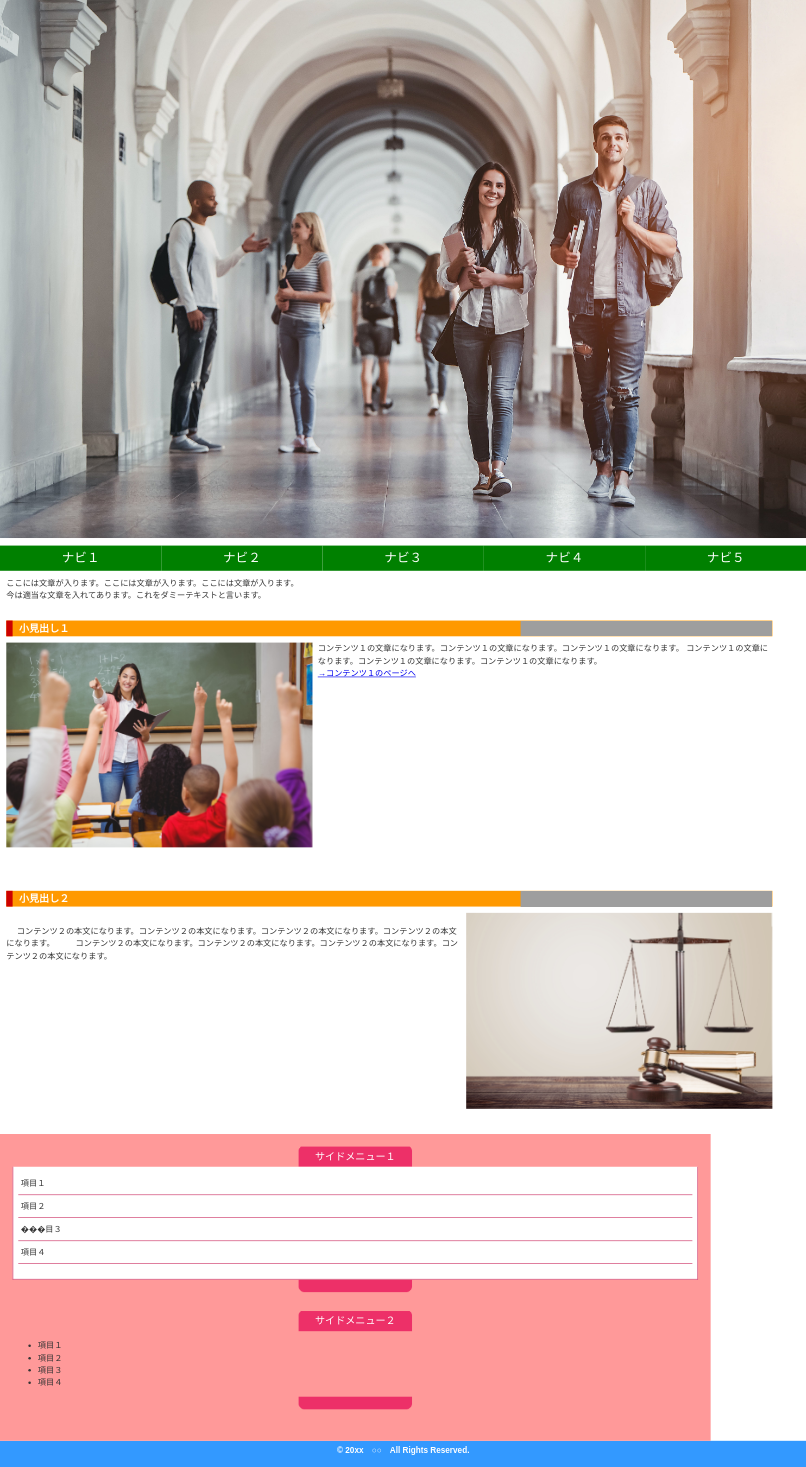
Repository: royal3773/samurai_HTML-CSS
Page: index.html
The author's editor kept a record of every edit. The page is drawn from the files as they stood at one moment, then again after the next edit.
The browser window is 1280 px wide. The pictures show the whole page, at 63% of full size.
Pictures or frames that could not be fetched are drawn as grey boxes.

Above is the page before.

### index.html
<!DOCTYPE html>
<html lang="ja">
  <head>
    <meta charset="UTF-8">
    <title>HTML/CSSの学習</title>
    <link rel="stylesheet" href="stylesheet2.css">
  </head>
  <body>
     <div id="header">
         <h1><a href="index.html"><img id="corridor" src="images/corridor.jpg" alt="大学の廊下" /></a></h1>
     </div>
     <div id="wrapper">
     <div id="nav">
         <ul>
            <li><a herf="home.html">ナビ１</a></li>
            <li><a herf="#">ナビ２</a></li>
            <li><a herf="#">ナビ３</a></li>
            <li><a herf="#">ナビ４</a></li>
            <li><a herf="#">ナビ５</a></li>
         </ul>
     </div>
     <div id"container">
     <div id="main">
         <div class="post">
            <P>ここには文章が入ります。ここには文章が入ります。ここには文章が入ります。<br />今は適当な文章を入れてあります。これをダミーテキストと言います。</P>
         </div>
         <div class="post clearfix">
            <h2>小見出し１</h2>
            <img class="left" src="images/classroom.jpg" alt="授業風景"/>
            <p>
                コンテンツ１の文章になります。コンテンツ１の文章になります。コンテンツ１の文章になります。
                コンテンツ１の文章になります。コンテンツ１の文章になります。コンテンツ１の文章になります。
            </p>
            <p><a href="#">→コンテンツ１のページへ</a></p>
        　</div>
        　<div class="post clearfix">
        　   <h2>小見出し２</h2>
        　   <img class="right" src="images/scale.jpg" alt="天秤"/>
        　   <p>
        　       コンテンツ２の本文になります。コンテンツ２の本文になります。コンテンツ２の本文になります。コンテンツ２の本文になります。
        　     　コンテンツ２の本文になります。コンテンツ２の本文になります。コンテンツ２の本文になります。コンテンツ２の本文になります。
        　   </p>
        　</div>
     </div>
     </div>
     <div id="side">
         <div class="box">
             <h2>サイドメニュー１</h2>
             <div class="boxBody">
                 <ul>
                     <li>項目１</li>
                     <li>項目２</li>
                     <li>���目３</li>
                     <li>項目４</li>
                 </ul>
             </div>
         </div>
         <div class="box">
             <h2>サイドメニュー２</h2>
             <div calss="boxBody">
                 <ul>
                     <li>項目１</li>
                     <li>項目２</li>
                     <li>項目３</li>
                     <li>項目４</li>
                 </ul>
             </div>
         </div>
     </div>
     </div>
     <div id="footer">
         <p>&copy; 20xx　○○　All Rights Reserved.</p>
     </div>
  </body>
</html>

### stylesheet2.css
@charset "utf-8";

body {
	margin: 0;
	padding: 0;
	font-family: "ヒラギノ角ゴ Pro W3", "Hiragino Kaku Gothic Pro", "メイリオ", Meiryo, Osaka, "ＭＳ Ｐゴシック", "MS PGothic", sans-serif;
	color: #333;
	font-size: 13px;
	line-height: 150%;
}

/* -------------------- wrapper -------------------- */
#wrapper {
	width: 100%;
	margin: auto;
	padding: 0px;
	border: 0px;
	background-color: #FFF;
	top: 10px;
	position: relative;
}

/* -------------------- header -------------------- */
#header {
	width: 100%;
}
#header h1 {
	margin: 0;
	padding: 0;
}

#corridor {
	width: 100%;
	height: auto;
}

/* -------------------- footer -------------------- */
#footer {
	clear: both;
	width: 100%;
	padding: 3px 0 3px 0;
	background: #39F;
	color: #FFF;
	font-weight: bold;
	text-align: center;
}

/* -------------------- nav -------------------- */
#nav {
	width: 100%;
}
#nav ul {
    display: flex;
	margin: 0;
	padding: 0;
	list-style-type: none;
}
#nav ul li {
	width: 20%;
	text-align: center;
}
#nav ul li a {
	display: block;
	height: 20px;
	margin: 0;
	padding: 10px;
	color: #FFF;
	font-size: 20px;
	text-decoration: none;
	background-color: green;
}
#nav ul li a:hover {
    filter: drop-shadow(10px 10px 10px black);
}
/* -------------------- container -------------------- */
#container {
	width: 100%;
	margin: auto ;
	padding: auto;
	padding-top: 20px;
	clear: both;
	display: grid;
	grid-template-columns: 70vw 30vw;
}
/* -------------------- main -------------------- */
#main {
	width: 95%;
	padding: 10px 30px 10px 10px;
}
#main h2 {
	margin: 0 0 10px 0;
	padding: 3px 10px 3px 10px;
	color: #FFF;
	font-size: 16px;
	border-left: solid 10px #C00;
	background: #F90 url(../images/main_h2.jpg) right top repeat-y;
}
#main p {
	margin: 0;
	padding: 0;
}
#main .post {
	margin: 0 0 30px 0;
}

#main .post img.right {
	margin: 0 0 0 8px;
}
#main .post img.left {
	margin: 0 8px 0 0;
}

.right {
	float: right;
	width: 40%;
	height: auto;
}
.left {
	float: left;
	width: 40%;
	height: auto;
}

/* -------------------- clearfix -------------------- */
.clearfix {
	zoom: 1;
}
.clearfix:after{
	content: "";
	display: block;
	clear: both;
}

/* -------------------- side -------------------- */
#side {
	width: 85%;
	padding: 20px;
	background-color: #F99;
}
#side .box {
	margin: 0 auto 30px auto;
	padding: 0 0 20px 0;
	background: url(images/side_box.png) bottom no-repeat;
}
#side .box h2 {
	margin: 0;
	padding: 8px;
	text-align: center;
	color: #fff;
	font-size: 16px;
	line-height: 16px;
	font-weight: normal;
	background: url(images/side_box_h2.png) center no-repeat;
}
#side .box .boxBody {
	padding: 8px;
	border-right: solid 1px #C36;
	border-bottom: solid 1px #C36;
	border-left: solid 1px #C36;
	background: #fff;
}
#side .box .boxBody ul {
	margin: 0 0 16px 0;
	padding: 0;
}
#side .box .boxBody ul li {
	padding: 8px 0 8px 4px;
	list-style: none;
	border-bottom: solid 1px #C36;
}
#side .box .boxBody ul li:hover {
    padding: 8px 0 8px 4px;
    list-style: none;
    border-bottom: solid 1px #C36;
    box-shadow: 0px 4px 4px rgba(0, 0, 0, 0.3);
}

After the next edit:
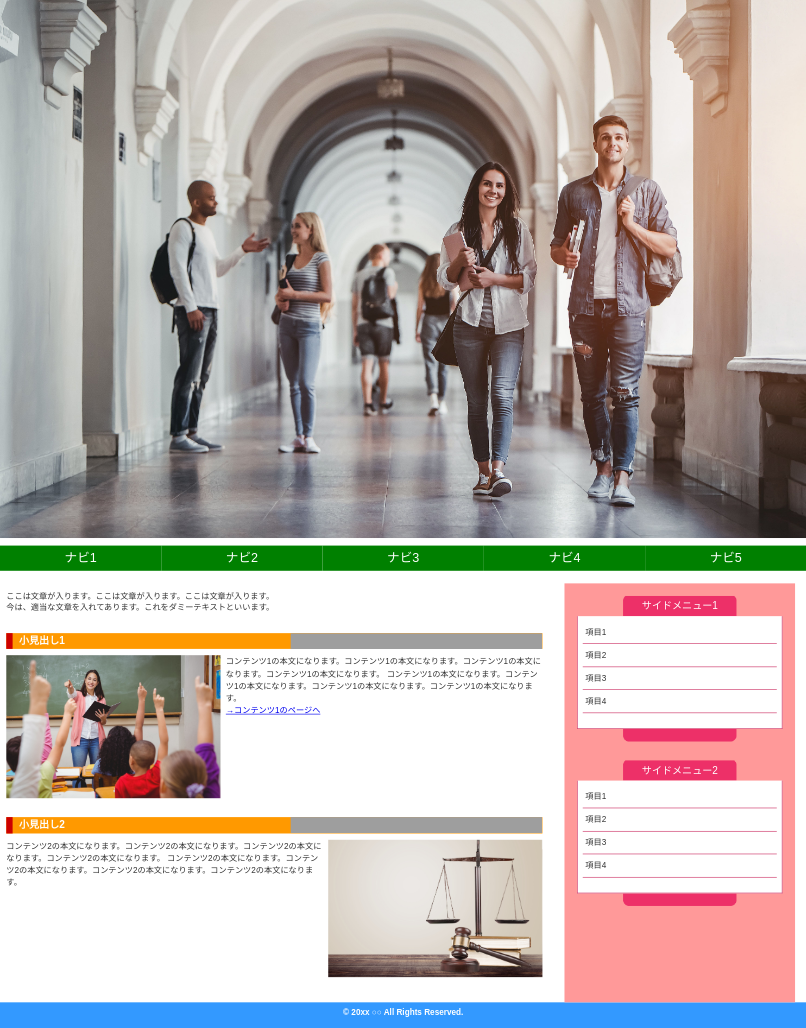
The edit:
--- a/index.html
+++ b/index.html
@@ -6,70 +6,70 @@
     <link rel="stylesheet" href="stylesheet2.css">
   </head>
   <body>
-     <div id="header">
-         <h1><a href="index.html"><img id="corridor" src="images/corridor.jpg" alt="大学の廊下" /></a></h1>
-     </div>
-     <div id="wrapper">
-     <div id="nav">
-         <ul>
-            <li><a herf="home.html">ナビ１</a></li>
-            <li><a herf="#">ナビ２</a></li>
-            <li><a herf="#">ナビ３</a></li>
-            <li><a herf="#">ナビ４</a></li>
-            <li><a herf="#">ナビ５</a></li>
-         </ul>
-     </div>
-     <div id"container">
-     <div id="main">
-         <div class="post">
-            <P>ここには文章が入ります。ここには文章が入ります。ここには文章が入ります。<br />今は適当な文章を入れてあります。これをダミーテキストと言います。</P>
-         </div>
-         <div class="post clearfix">
-            <h2>小見出し１</h2>
-            <img class="left" src="images/classroom.jpg" alt="授業風景"/>
-            <p>
-                コンテンツ１の文章になります。コンテンツ１の文章になります。コンテンツ１の文章になります。
-                コンテンツ１の文章になります。コンテンツ１の文章になります。コンテンツ１の文章になります。
-            </p>
-            <p><a href="#">→コンテンツ１のページへ</a></p>
-        　</div>
-        　<div class="post clearfix">
-        　   <h2>小見出し２</h2>
-        　   <img class="right" src="images/scale.jpg" alt="天秤"/>
-        　   <p>
-        　       コンテンツ２の本文になります。コンテンツ２の本文になります。コンテンツ２の本文になります。コンテンツ２の本文になります。
-        　     　コンテンツ２の本文になります。コンテンツ２の本文になります。コンテンツ２の本文になります。コンテンツ２の本文になります。
-        　   </p>
-        　</div>
-     </div>
-     </div>
-     <div id="side">
-         <div class="box">
-             <h2>サイドメニュー１</h2>
-             <div class="boxBody">
-                 <ul>
-                     <li>項目１</li>
-                     <li>項目２</li>
-                     <li>���目３</li>
-                     <li>項目４</li>
-                 </ul>
-             </div>
-         </div>
-         <div class="box">
-             <h2>サイドメニュー２</h2>
-             <div calss="boxBody">
-                 <ul>
-                     <li>項目１</li>
-                     <li>項目２</li>
-                     <li>項目３</li>
-                     <li>項目４</li>
-                 </ul>
-             </div>
-         </div>
-     </div>
-     </div>
-     <div id="footer">
-         <p>&copy; 20xx　○○　All Rights Reserved.</p>
-     </div>
-  </body>
+        <div id="header">
+            <h1><a href="index.html"><img id="corridor" src="images/corridor.jpg" alt="大学の廊下" /></a></h1>
+        </div>
+        <div id="wrapper">
+            <div id="nav">
+                <ul>
+                    <li><a href="home.html">ナビ1</a></li>
+                    <li><a href="#">ナビ2</a></li>
+                    <li><a href="#">ナビ3</a></li>
+                    <li><a href="#">ナビ4</a></li>
+                    <li><a href="#">ナビ5</a></li>
+                </ul>
+            </div>
+            <div id="container">
+                <div id="main">
+                    <div class="post">
+                        <p>ここは文章が入ります。ここは文章が入ります。ここは文章が入ります。<br />今は、適当な文章を入れてあります。これをダミーテキストといいます。</p>
+                    </div>
+                    <div class="post clearfix">
+                        <h2>小見出し1</h2>
+                        <img class="left" src="images/classroom.jpg" alt="授業風景" />
+                        <p>
+                            コンテンツ1の本文になります。コンテンツ1の本文になります。コンテンツ1の本文になります。コンテンツ1の本文になります。
+                            コンテンツ1の本文になります。コンテンツ1の本文になります。コンテンツ1の本文になります。コンテンツ1の本文になります。
+                        </p>
+                        <p><a href="#">→コンテンツ1のページへ</a></p>
+                    </div>
+                    <div class="post clearfix">
+                        <h2>小見出し2</h2>
+                        <img class="right" src="images/scale.jpg" alt="天秤" />
+                        <p>
+                            コンテンツ2の本文になります。コンテンツ2の本文になります。コンテンツ2の本文になります。コンテンツ2の本文になります。
+                            コンテンツ2の本文になります。コンテンツ2の本文になります。コンテンツ2の本文になります。コンテンツ2の本文になります。
+                        </p>
+                    </div>
+                </div>
+                <div id="side">
+                    <div class="box">
+                        <h2>サイドメニュー1</h2>
+                        <div class="boxBody">
+                            <ul>
+                                <li>項目1</li>
+                                <li>項目2</li>
+                                <li>項目3</li>
+                                <li>項目4</li>
+                            </ul>
+                        </div>
+                    </div>
+                    <div class="box">
+                        <h2>サイドメニュー2</h2>
+                        <div class="boxBody">
+                            <ul>
+                                <li>項目1</li>
+                                <li>項目2</li>
+                                <li>項目3</li>
+                                <li>項目4</li>
+                            </ul>
+                        </div>
+                    </div>
+                </div>
+            </div>
+        </div>
+        <div id="footer">
+            <p>&copy; 20xx ○○ All Rights Reserved.</p>
+        </div>
+    </body>
 </html>
